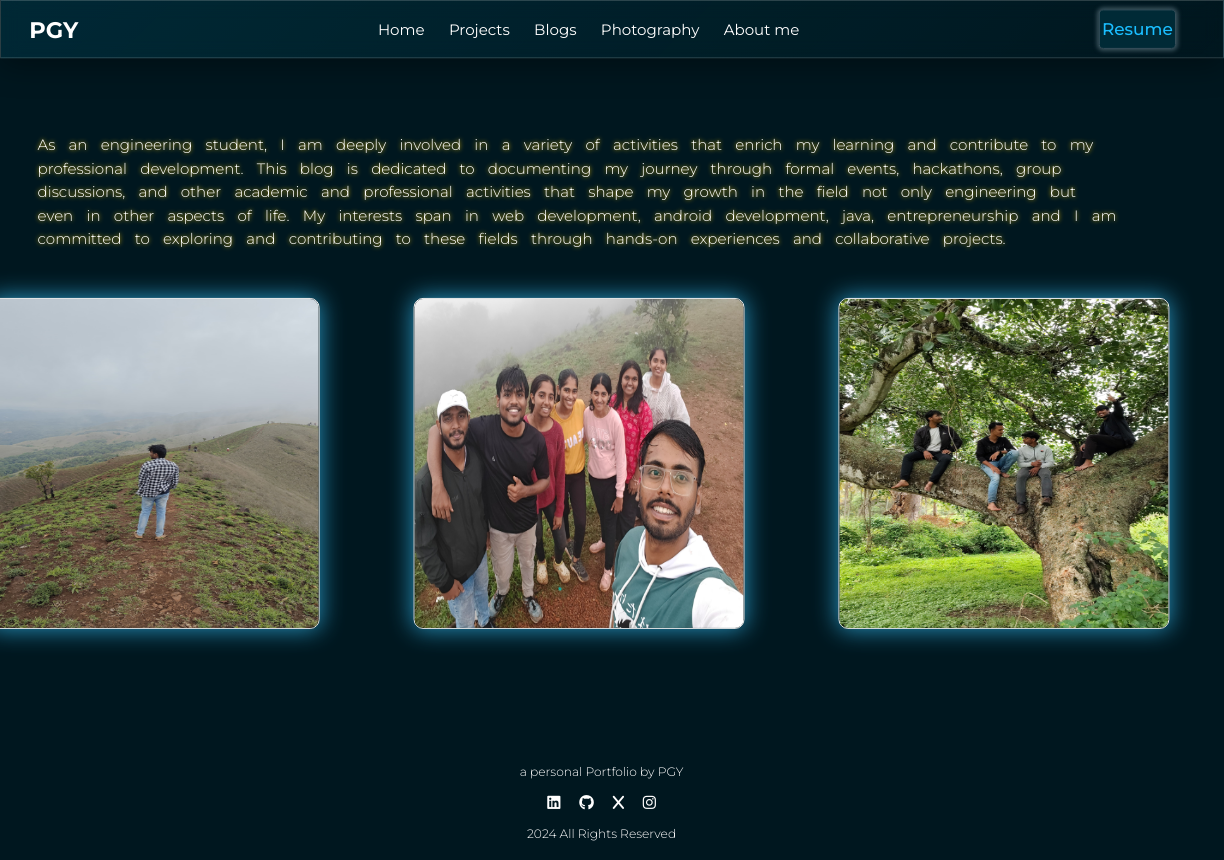
Repository: pgyunknown/pgyunknown
Page: professional_blog.html
The author's editor kept a copy of each file at every save. The page is drawn from the files as they stood at one save, then again after the next save.
The browser window is 1280 px wide. The page is 1302 px wide, so the pictures cover 1302 px, including what lies to the right of the window. The pictures show the whole page, at 94% of full size.
Some web libraries are served in a nearby version.

Above is the page before, as saved 2024-08-24 01:53:51.

After the next save:
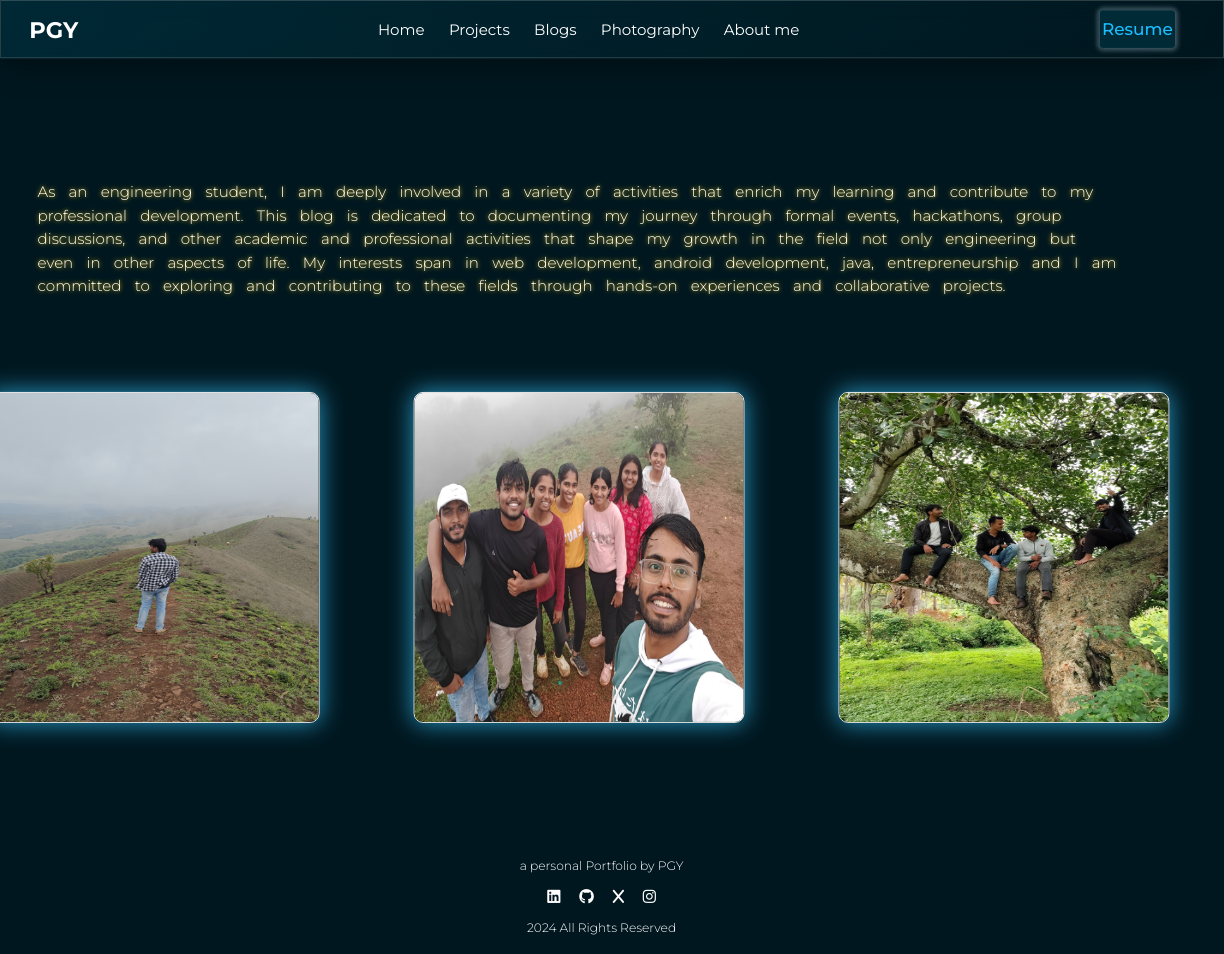
Saved 13 s later.
--- a/professional_blog.css
+++ b/professional_blog.css
@@ -129,8 +129,8 @@ main .professtional_intro{
     font-weight: 300;
     font-style: normal;
 
-    /* margin-top: 50px;
-    margin-bottom: 50px; */
+    margin-top: 50px;
+    margin-bottom: 50px;
     word-spacing: 10px;
     line-height: 25px;
     text-shadow: #FC0 0 0 5px;

After the save that followed:
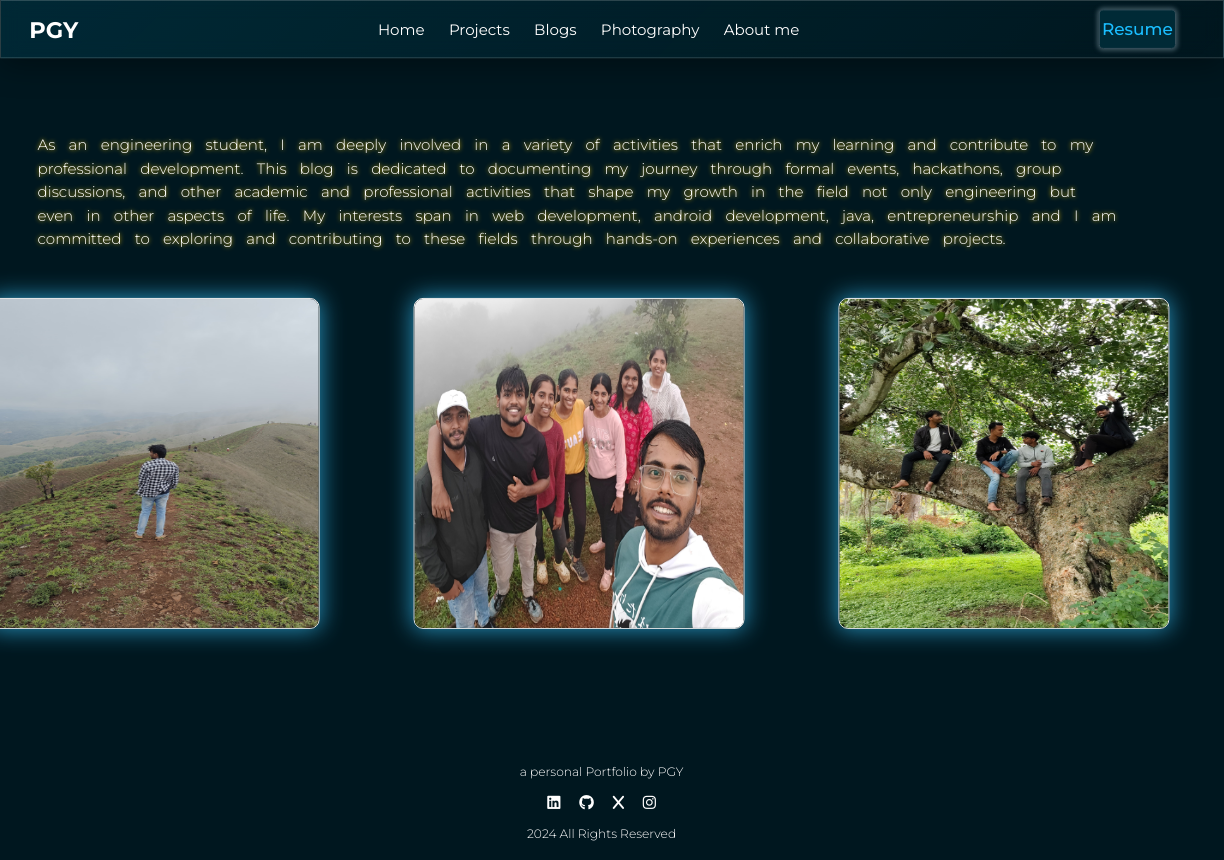
Saved 6 s later.
--- a/professional_blog.css
+++ b/professional_blog.css
@@ -128,9 +128,6 @@ main .professtional_intro{
     font-size: medium;
     font-weight: 300;
     font-style: normal;
-
-    margin-top: 50px;
-    margin-bottom: 50px;
     word-spacing: 10px;
     line-height: 25px;
     text-shadow: #FC0 0 0 5px;
